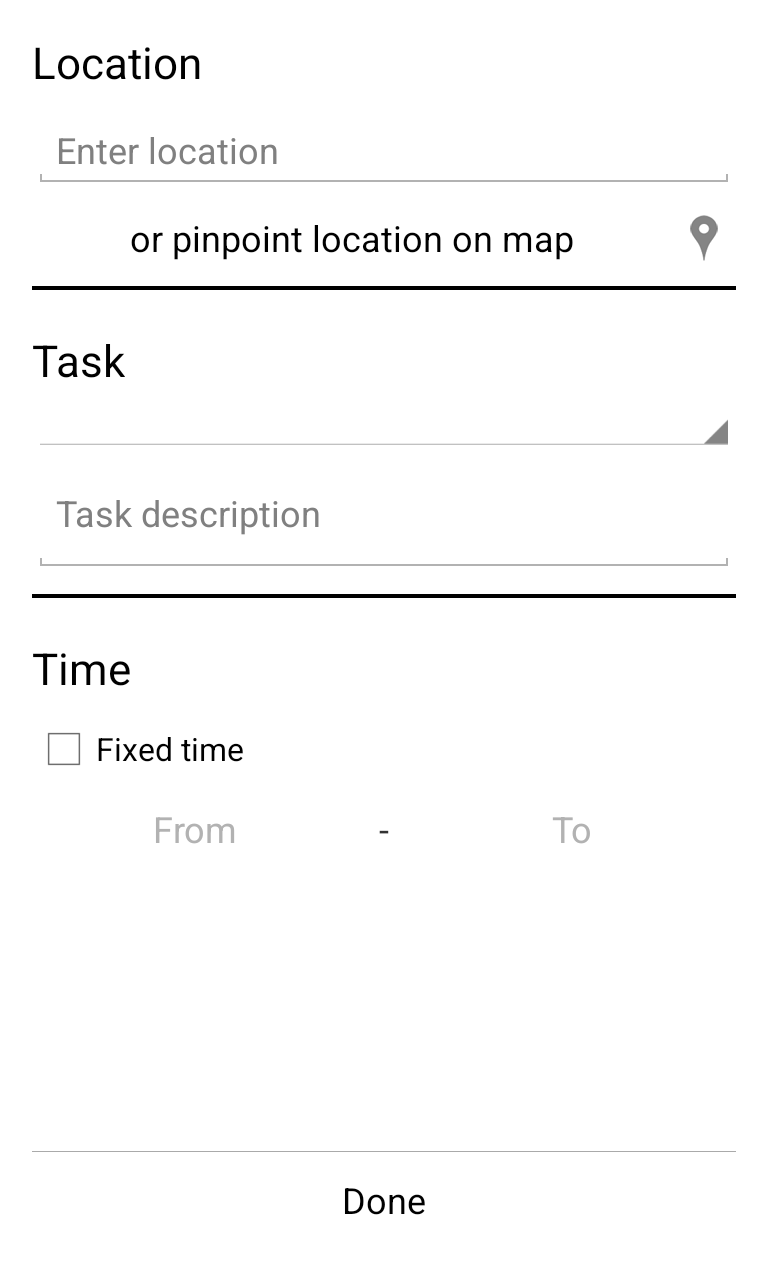
Repository: larserikstrand/IMT4904-Master
Layout: MTP/res/layout/activity_new_task.xml
These files come from the project's save history. The layout is drawn as it stood at one moment and after the next save; the edit follows.
It is drawn on a 768 x 1280 px phone screen (xhdpi) without system bars, with theme android:Theme.Holo.Light; the app's code is not run.

Above is the layout before, as saved 2014-02-10 20:52:29.

### MTP/res/layout/activity_new_task.xml
<LinearLayout xmlns:android="http://schemas.android.com/apk/res/android"
    xmlns:tools="http://schemas.android.com/tools"
    android:layout_width="match_parent"
    android:layout_height="match_parent"
    android:paddingBottom="@dimen/activity_vertical_margin"
    android:paddingLeft="@dimen/activity_horizontal_margin"
    android:paddingRight="@dimen/activity_horizontal_margin"
    android:paddingTop="@dimen/activity_vertical_margin"
    android:orientation="vertical"
    tools:context=".NewTaskActivity" >

    <ScrollView android:layout_width="match_parent"
        android:layout_height="0dp"
        android:layout_weight="1" >

    	<LinearLayout android:layout_width="match_parent"
        	android:layout_height="wrap_content"
        	android:orientation="vertical" >

        	<TextView
        		android:layout_width="wrap_content"
        		android:layout_height="wrap_content"
        		android:text="@string/location"
        		android:textAppearance="?android:attr/textAppearanceLarge" />

    		<EditText android:id="@+id/location_edit"
        		android:layout_width="match_parent"
        		android:layout_height="wrap_content"
        		android:layout_marginTop="10dp"
        		android:hint="@string/location_hint" />

    		<Button android:id="@+id/location_button"
        		android:layout_width="match_parent"
        		android:layout_height="wrap_content"
        		android:background="?android:attr/selectableItemBackground"
        		android:text="@string/pinpoint"
        		android:drawableRight="@drawable/ic_location_place" />

    		<View android:layout_width="match_parent"
        		android:layout_height="2dp"
        		android:background="@android:color/black" />

    		<TextView
        		android:layout_width="wrap_content"
        		android:layout_height="wrap_content"
        		android:layout_marginTop="20dp"
        		android:text="@string/task"
        		android:textAppearance="?android:attr/textAppearanceLarge" />

    		<Spinner android:id="@+id/category_spinner"
        		android:layout_width="match_parent"
        		android:layout_height="wrap_content" />

    		<EditText android:id="@+id/description_edit"
        		android:layout_width="match_parent"
        		android:layout_height="wrap_content"
        		android:layout_marginBottom="10dp"
        		android:lines="2"
        		android:hint="@string/task_description_hint" />

    		<View android:layout_width="match_parent"
        		android:layout_height="2dp"
        		android:background="@android:color/black" />

    		<TextView
        		android:layout_width="wrap_content"
        		android:layout_height="wrap_content"
        		android:layout_marginTop="20dp"
        		android:text="@string/time"
        		android:textAppearance="?android:attr/textAppearanceLarge" />

    		<CheckBox android:id="@+id/fixed_time_check"
        		android:layout_width="match_parent"
        		android:layout_height="wrap_content"
        		android:layout_marginTop="10dp"
        		android:text="@string/fixed_time" />

    		<LinearLayout android:id="@+id/time_layout"
        		android:layout_width="match_parent"
        		android:layout_height="wrap_content"
        		android:orientation="horizontal" >

        		<Button android:id="@+id/from_button"
            		android:layout_width="0dp"
            		android:layout_height="wrap_content"
            		android:layout_weight="1"
            		android:layout_marginRight="10dp"
            		android:background="?android:attr/selectableItemBackground"
            		android:text="@string/from"
            		android:enabled="false" />

        		<TextView android:layout_width="wrap_content"
            		android:layout_height="wrap_content"
            		android:text="@string/divider"
            		android:textSize="18sp" />

        		<Button android:id="@+id/to_button"
            		android:layout_width="0dp"
            		android:layout_height="wrap_content"
            		android:layout_weight="1"
            		android:layout_marginLeft="10dp"
            		android:background="?android:attr/selectableItemBackground"
            		android:text="@string/to"
            		android:enabled="false" />

    		</LinearLayout>

    	</LinearLayout>

    </ScrollView>

    <View android:layout_width="match_parent"
        android:layout_height="0.2dp"
        android:background="@android:color/darker_gray" />

    <Button android:id="@+id/done_button"
        android:layout_width="match_parent"
        android:layout_height="wrap_content"
        android:background="?android:attr/selectableItemBackground"
        android:text="@string/done" />

</LinearLayout>

### MTP/res/values/strings.xml
<?xml version="1.0" encoding="utf-8"?>
<resources>

    <!-- Titles -->
    <string name="app_name">MTP</string>
    <string name="title_activity_list">ListActivity</string>
    <string name="title_activity_new_task">New Task</string>
    <string name="title_activity_map">Map</string>

    <!-- Menu -->
    <string name="action_settings">Settings</string>
    <string name="action_about">About</string>

    <!-- General -->
    <string name="today">Today</string>
    <string name="week">Week</string>
    <string name="all_tasks">All Tasks</string>
    <string name="task">Task</string>
    <string name="new_task_list">New task list</string>
    <string name="new_task">New task</string>
    <string name="edit_list">Edit list</string>
    <string name="edit">Edit</string>
    <string name="delete">Delete</string>
    <string name="set_date">Set date</string>
    <string name="save">Save</string>
    <string name="done">Done</string>
    <string name="location">Location</string>
    <string name="location_hint">Enter location</string>
    <string name="pinpoint">or pinpoint location on map</string>
    <string name="task_description_hint">Task description</string>
    <string name="time">Time</string>
    <string name="fixed_time">Fixed time</string>
    <string name="from">From</string>
    <string name="to">To</string>
    <string name="divider">-</string>

    <!-- Messages/Alerts -->


    <!-- Arrays -->
    <string-array name="undergraduate_tasks_array">
        <item>Attend lecture</item>
        <item>Write report</item>
        <item>Do course exercises</item>
        <item>Meeting</item>
        <item>Group work</item>
    </string-array>

    <string-array name="postgraduate_tasks_array">
        <item>Write thesis</item>
        <item>Meeting</item>
    </string-array>

</resources>

Loaded but not shown: MTP/res/values/dimens.xml (common file)

After the next save:
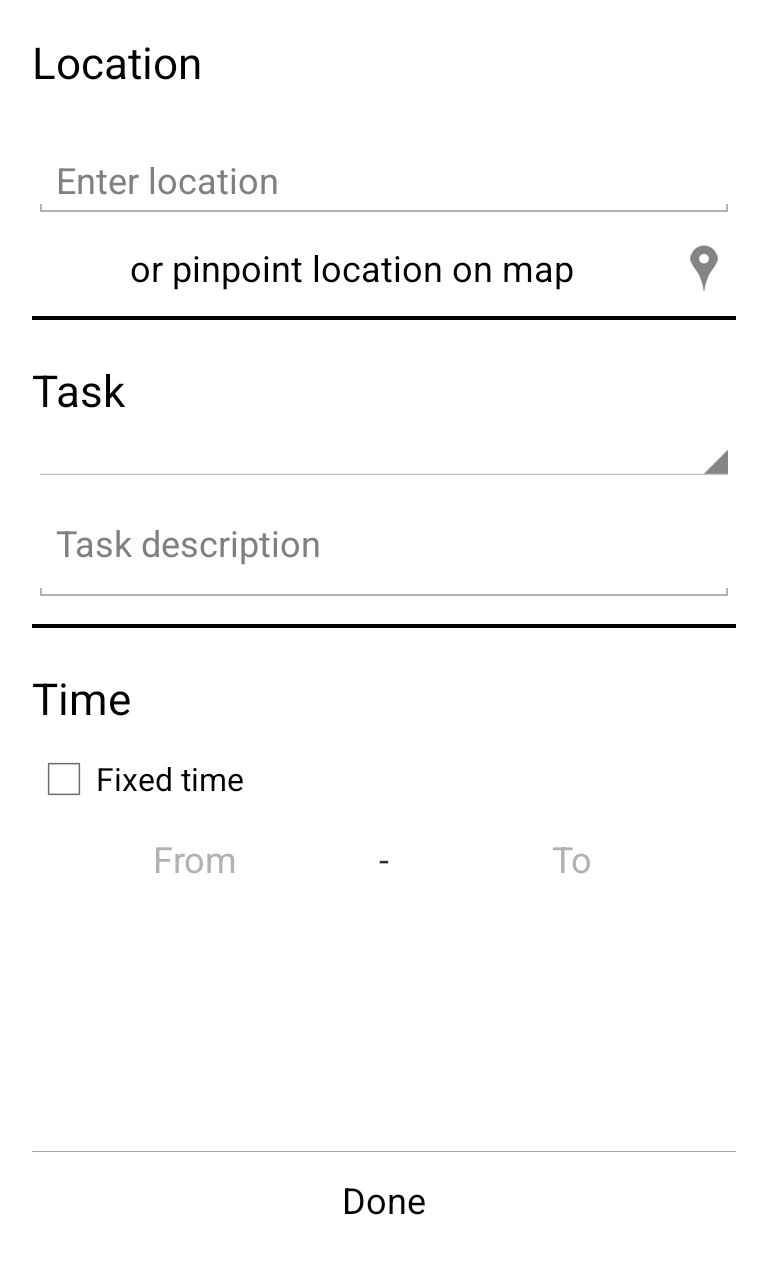
Saved 2 min 38 s later.
--- a/MTP/res/layout/activity_new_task.xml
+++ b/MTP/res/layout/activity_new_task.xml
@@ -20,6 +20,7 @@
         	<TextView
         		android:layout_width="wrap_content"
         		android:layout_height="wrap_content"
+        		android:layout_marginBottom="15dp"
         		android:text="@string/location"
         		android:textAppearance="?android:attr/textAppearanceLarge" />
 
